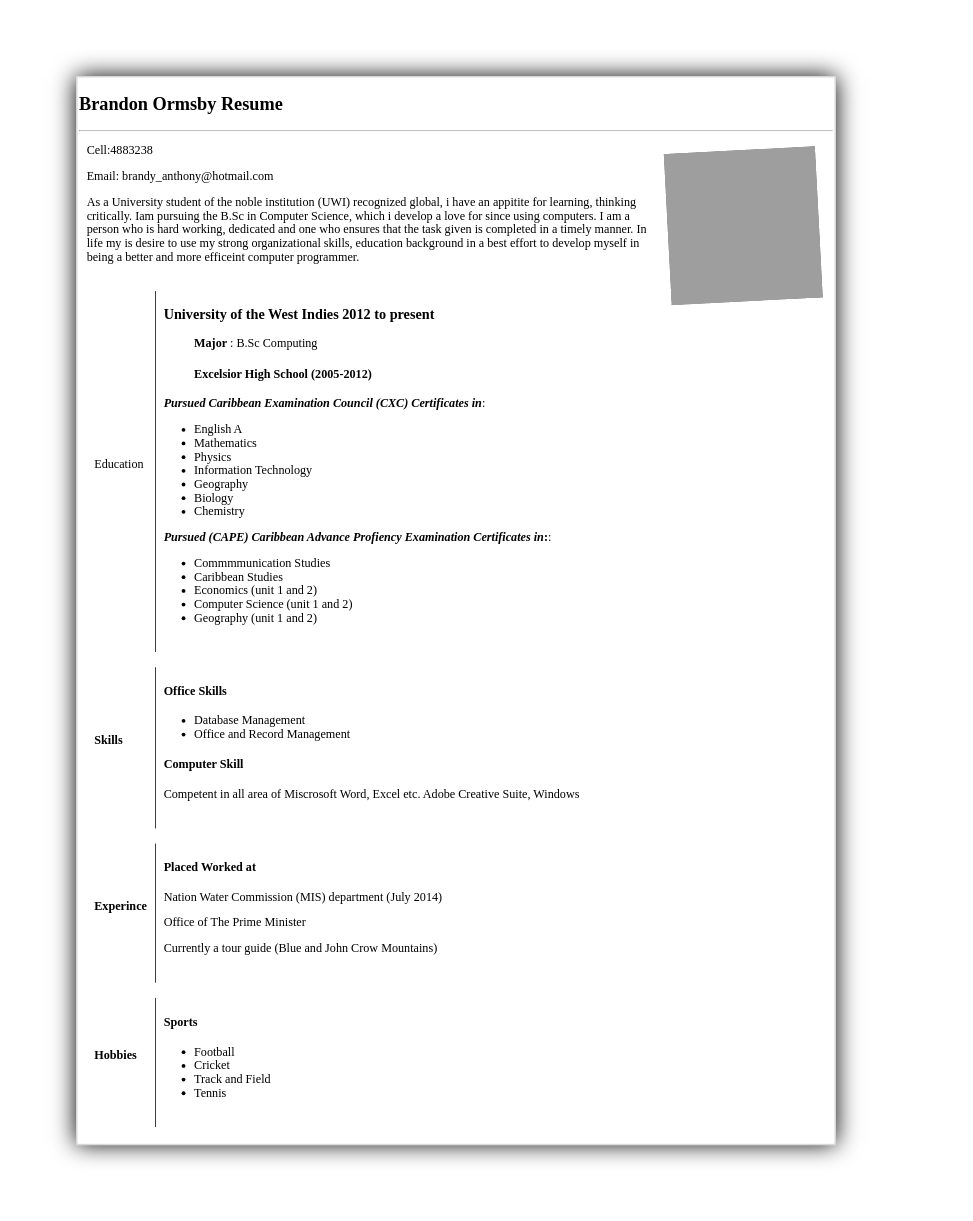
Repository: Brandy903/Web1
Page: webproject0/workspace/brandy.html
The author's editor kept a record of every edit. The page is drawn from the files as they stood at one moment, then again after the next edit.
The browser window is 1280 px wide. The pictures show the whole page, at 76% of full size.
Pictures or frames that could not be fetched are drawn as grey boxes.

Above is the page before.

### webproject0/workspace/brandy.html
<!DOCTYPE html>
<html>
<head>
	<link rel="stylesheet" type="text/css" href="style.css">

</head>
<body>


<h2> <strong>Brandon Ormsby Resume</strong></h2>
<hr />
<div id ="loc"> <img src=" https://encrypted-tbn3.gstatic.com/images?q=tbn:ANd9GcSRt8q1Ojf9YoUq58bSPQMEXZFHO_4fJqSwGO4AuRY6R_YbYgmo" />
<p>Cell:4883238</p>
<p>Email: brandy_anthony@hotmail.com</p>
<p id = "wrp" >As a University student of the noble institution (UWI) recognized global, i have an appitite for
learning, thinking critically. Iam pursuing the B.Sc in Computer Science, which i develop a love for
since using computers. I am a person who is hard working, dedicated and one who ensures that the task
given is completed in a timely manner. In life my is desire to use my strong organizational skills, education
background in a best effort to develop myself in being a better and more efficeint computer programmer.</p>

</div>



<table>

<div>
<tr>
		<td class ="edu">
		<stong>Education</stong>
		</td>

		<td>
		<h3> University of the West Indies 2012 to present</h3>
		<ul>
			<l1> <strong> Major </strong>: B.Sc Computing </l1>
		</ul>
		<ul>
		<h4> Excelsior High School (2005-2012)</h4>
		</ul>
		<p> <strong><em> Pursued Caribbean Examination Council (CXC) Certificates in</em></strong>:</p>

		<ul>
			<li> English A</li>
			<li> Mathematics</li>
			<li> Physics</li>
			<li> Information Technology</li>
			<li> Geography</li>
			<li> Biology</li>
			<li> Chemistry</li>

		</ul>


		<p> <strong><em>Pursued (CAPE) Caribbean Advance Profiency Examination Certificates in</em>:</strong>:</p>
		<ul>

			<li> Commmmunication Studies</li>
			<li> Caribbean Studies</li>
			<li> Economics (unit 1 and 2)</li>
			<li> Computer Science (unit 1 and 2)</li>
			<li> Geography (unit 1 and 2)</li>


		</ul>

		</td>
		</tr>
		<tr>
		<td class ="edu">
		<strong>Skills</strong>
		</td>

		<td>
			<h4><strong> Office Skills</strong> </h4>
			<ul>
				<li>Database Management </li>
				<li>Office and Record Management </li>

			</ul>

			<h4><strong> Computer Skill</strong> </h4>

				<p> Competent in all area of Miscrosoft Word, Excel etc. Adobe Creative Suite, Windows </p>




		</td>

		<tr>

			<td class ="edu"> <strong>Experince</strong>

			</td>
			<td> <h4>Placed  Worked at</h4>
			<p>Nation Water Commission (MIS) department (July 2014)</p>
			<p> Office of The Prime Minister</p>
			<p>Currently a tour guide (Blue and John Crow Mountains)</p>
			</td>
		</tr>
		<tr>

			<td class ="edu"> <strong>Hobbies</strong>

			</td>
			<td> <h4>Sports</h4>
			<ul>
				<li>Football</li>
				<li>Cricket </li>
				<li>Track and Field </li>
				<li>Tennis </li>

			</ul>
			</td>
		</tr>






</div>
</table>


</body>
</html>

### webproject0/workspace/style.css
table{
    border-collapse: separate;
    border-spacing: 10px 20px;
}

#loc{
   margin: 10px;


}

body{
    margin: 100px;
    border: 2px solid #D8D8D8;
    padding:2px;
    box-shadow:0px 0px 30px #000;
    width:62em;

}

img{
	float:right;
	height: 200px;
	width: 200px;
	transform:rotate(-3deg);
	right:10px;
	top:40px;
	border: 8px solid #FFFFFF;

}
.edu{
	border-right:0px;
    border-style:solid;
    border-top:0px;
    border-bottom:0px;
    border-left:0px;
}
#wrp{
    width:62em;
    max-width:81%;
    /*word-wrap: break-word;
    clear:right;*/
}
td{
    padding-left:10px;
    border-left: 1px solid #000;
    padding-bottom:20px;
}

After the next edit:
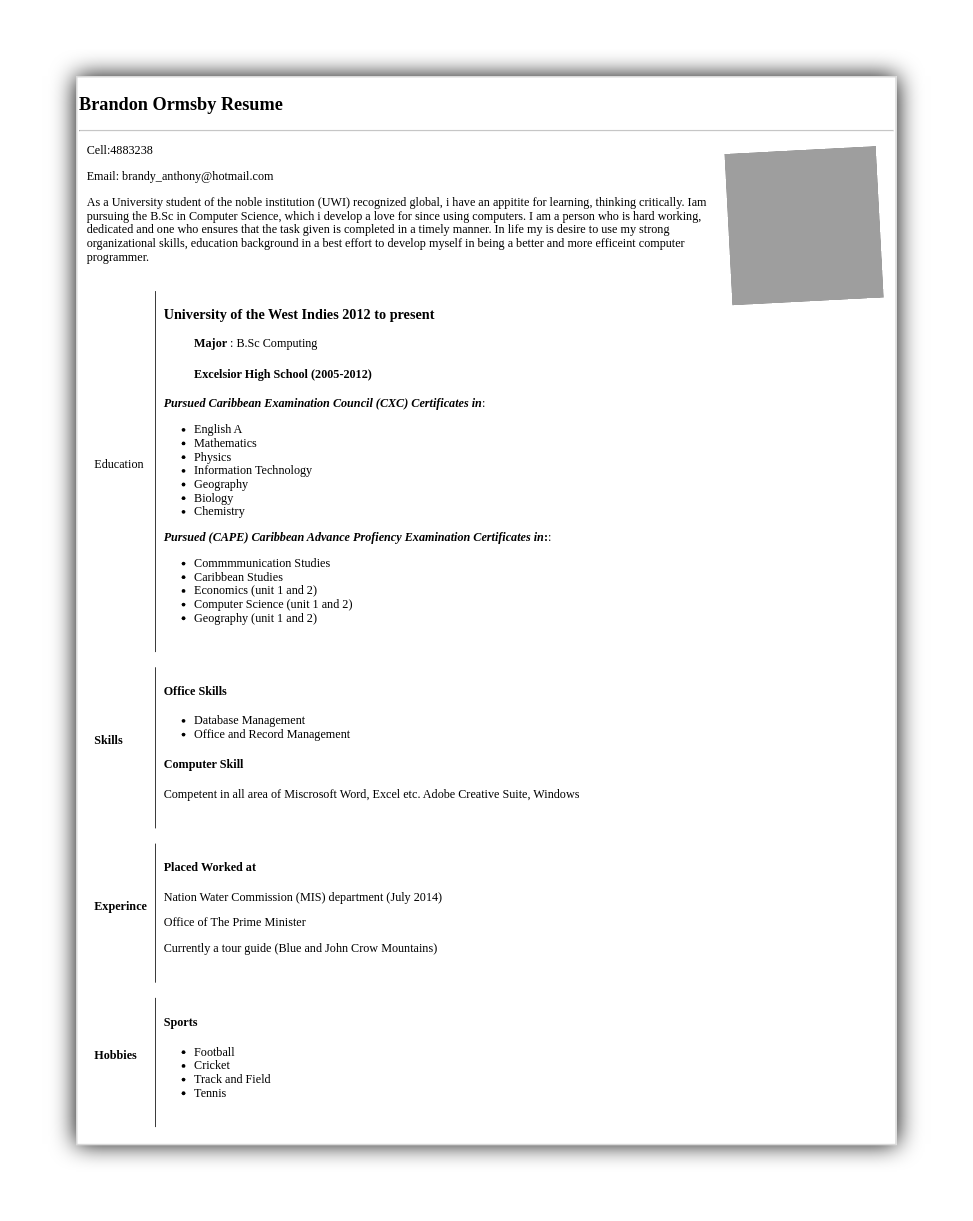
The edit:
--- a/webproject0/workspace/style.css
+++ b/webproject0/workspace/style.css
@@ -14,7 +14,7 @@
     border: 2px solid #D8D8D8;
     padding:2px;
     box-shadow:0px 0px 30px #000;
-    width:62em;
+
 
 }
 
